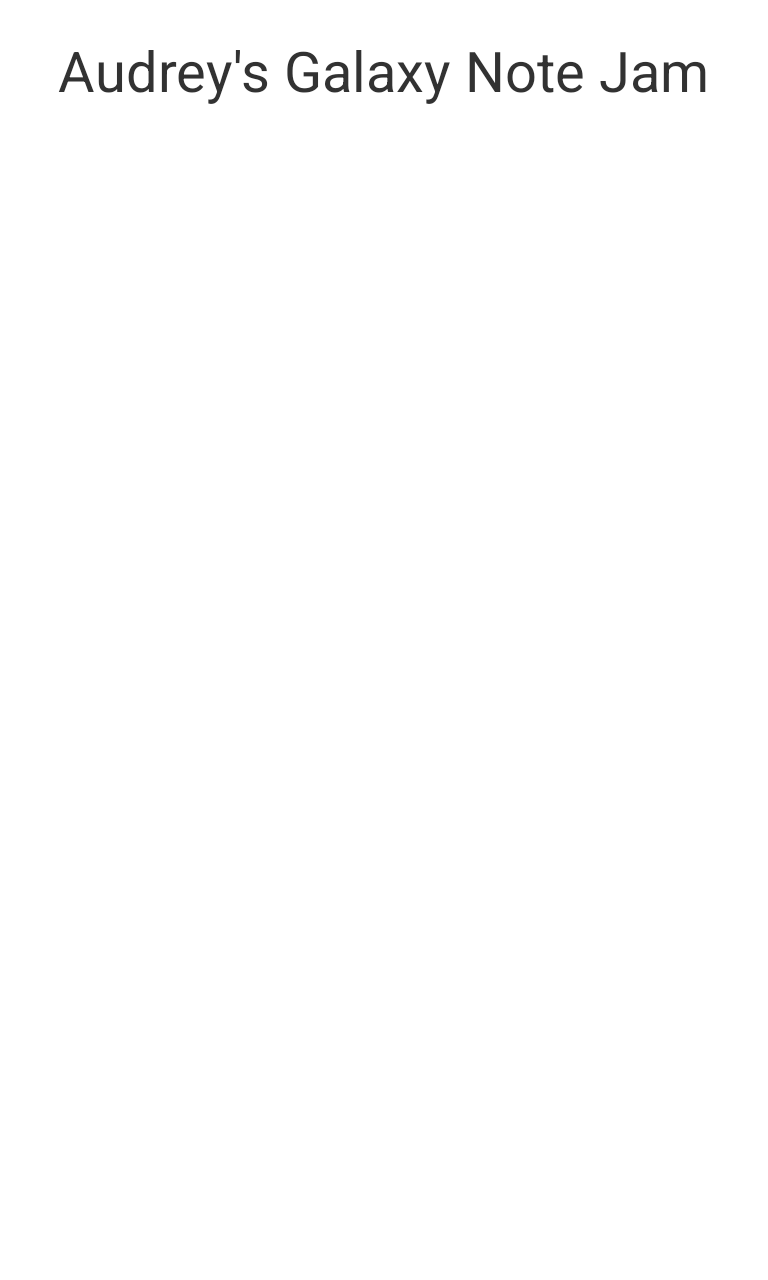
Repository: JayThomason/Tutti
Layout: tuttiUI/tuttiUI/res/layout/activity_view_jam.xml
An editor plug-in stored every save of this project. The layout is shown before and after the next save, followed by the edit.
It is drawn on a 768 x 1280 px phone screen (xhdpi) without system bars, with theme AppTheme; the app's code is not run. Lists and similar views that code fills are empty.

Above is the layout before, as saved 2014-03-09 08:23:47.

After the next save:
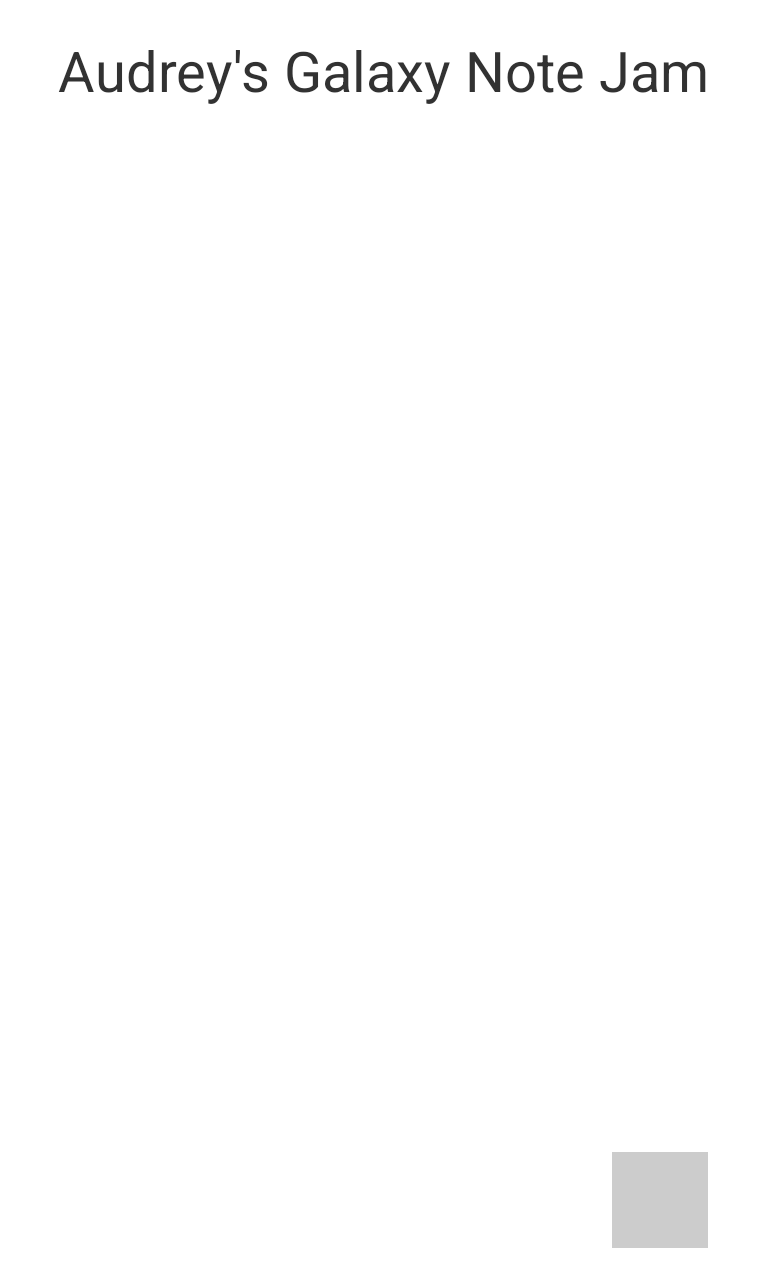
Saved 46 s later.
--- a/tuttiUI/tuttiUI/res/layout/activity_view_jam.xml
+++ b/tuttiUI/tuttiUI/res/layout/activity_view_jam.xml
@@ -34,7 +34,7 @@
         android:layout_alignRight="@+id/listView3"
         android:layout_marginRight="14dp"
         android:text=""
-        android:background="#FFFFFF"
+        android:background="#CCCCCC"
         android:onClick="popupJoinRequest"/>
 
 </RelativeLayout>
